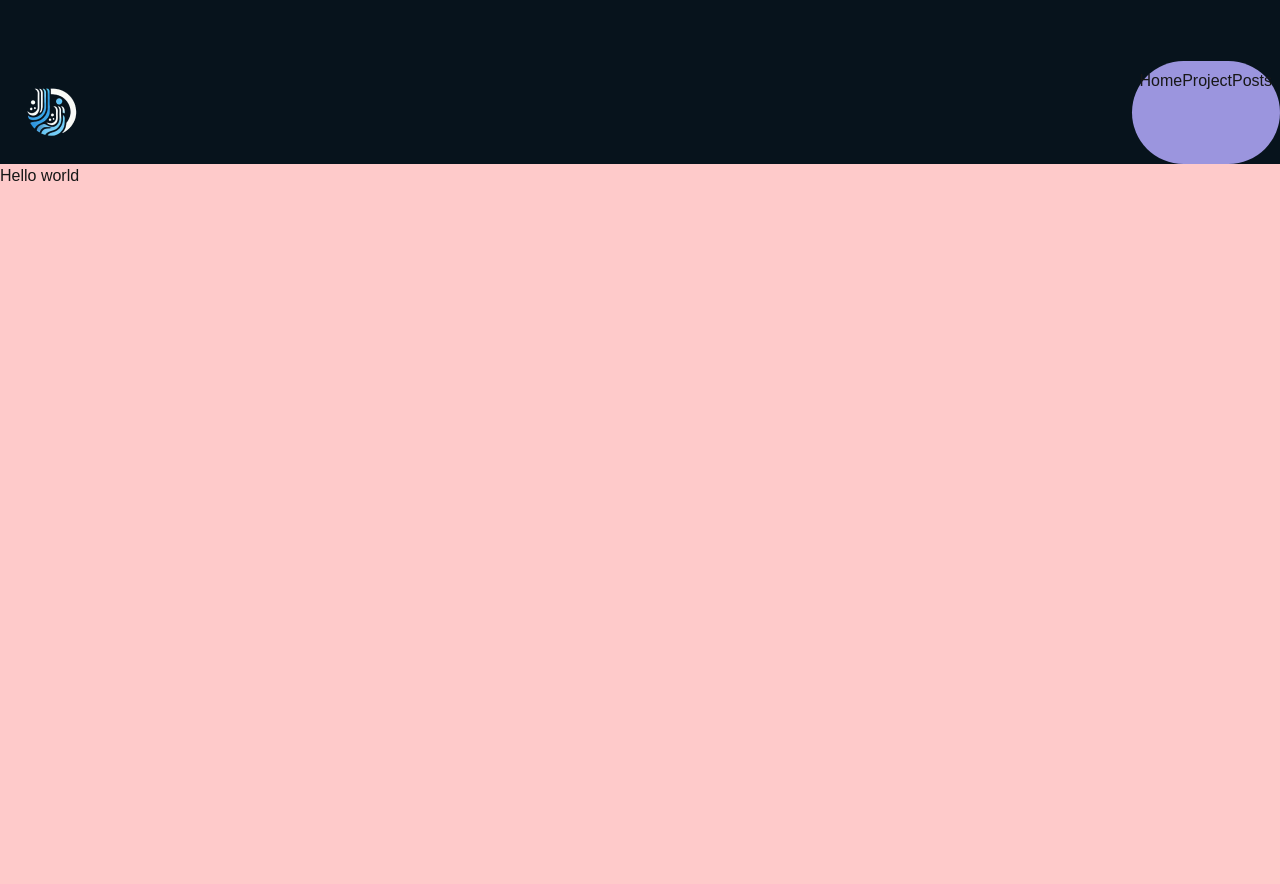
Repository: david-william19/david-william
Page: /
An editor plug-in stored every save of this project. The page is shown before and after a run of saves, followed by the edit.
The browser window is 1280 px wide. The pictures show the whole page.
The project was rebuilt for these pictures with package versions that can differ from the ones it lists, and the page was loaded fresh each time. The framework's server and built-in components were replaced by stand-ins that run in the browser. Also part of the build but not shown: next.config.js, next.config.ts, vite.config.ts.

Above is the page before, as saved 2024-10-26 22:28:41.

After the next 2 saves:
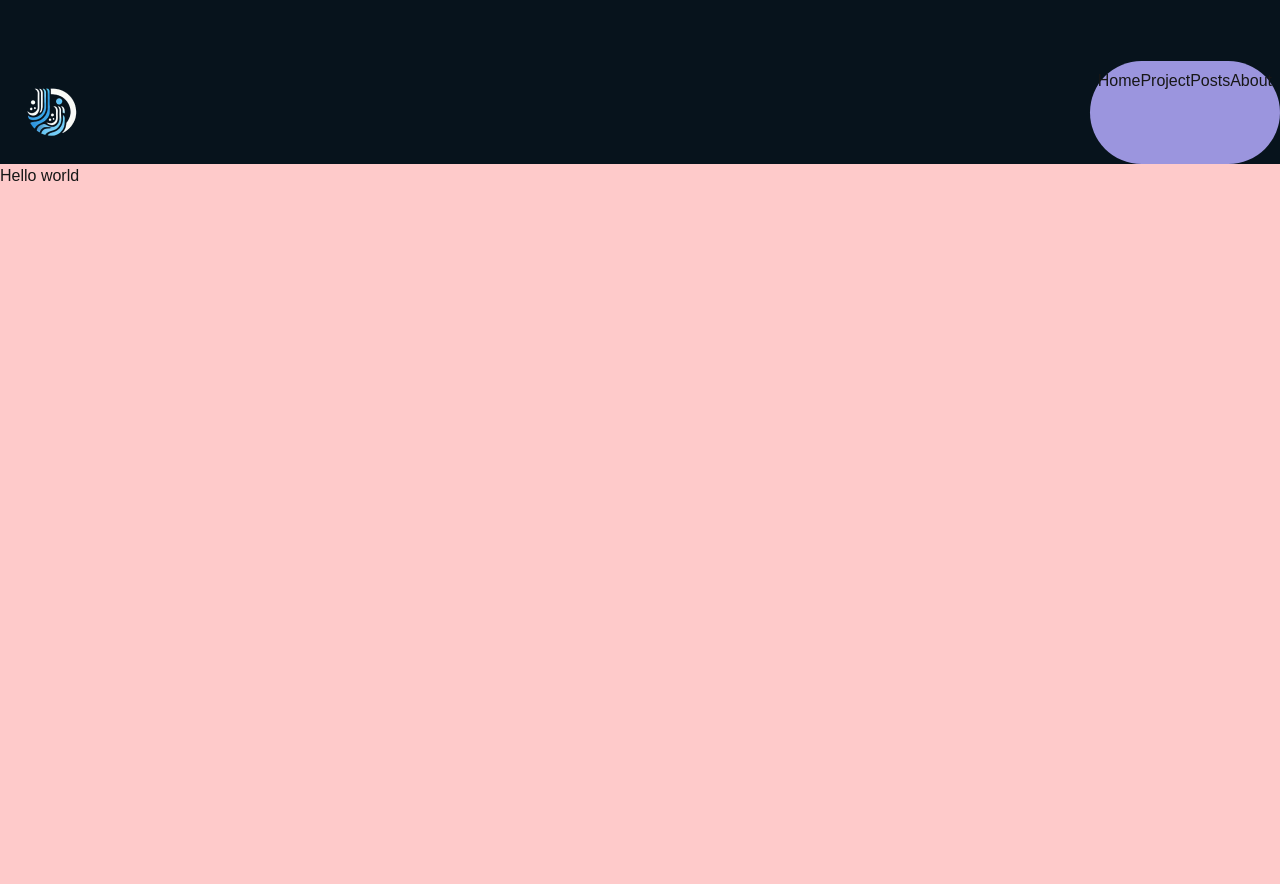
The 2 saves are shown as one change because they came seconds apart.
The last was saved 7 s later.
--- a/src/components/navbar/index.tsx
+++ b/src/components/navbar/index.tsx
@@ -20,6 +20,9 @@ export default function NavbarComponent() {
                 <li>
                     Posts
                 </li>
+                <li>
+                    About
+                </li>
             </ul>
         </nav>
     )
